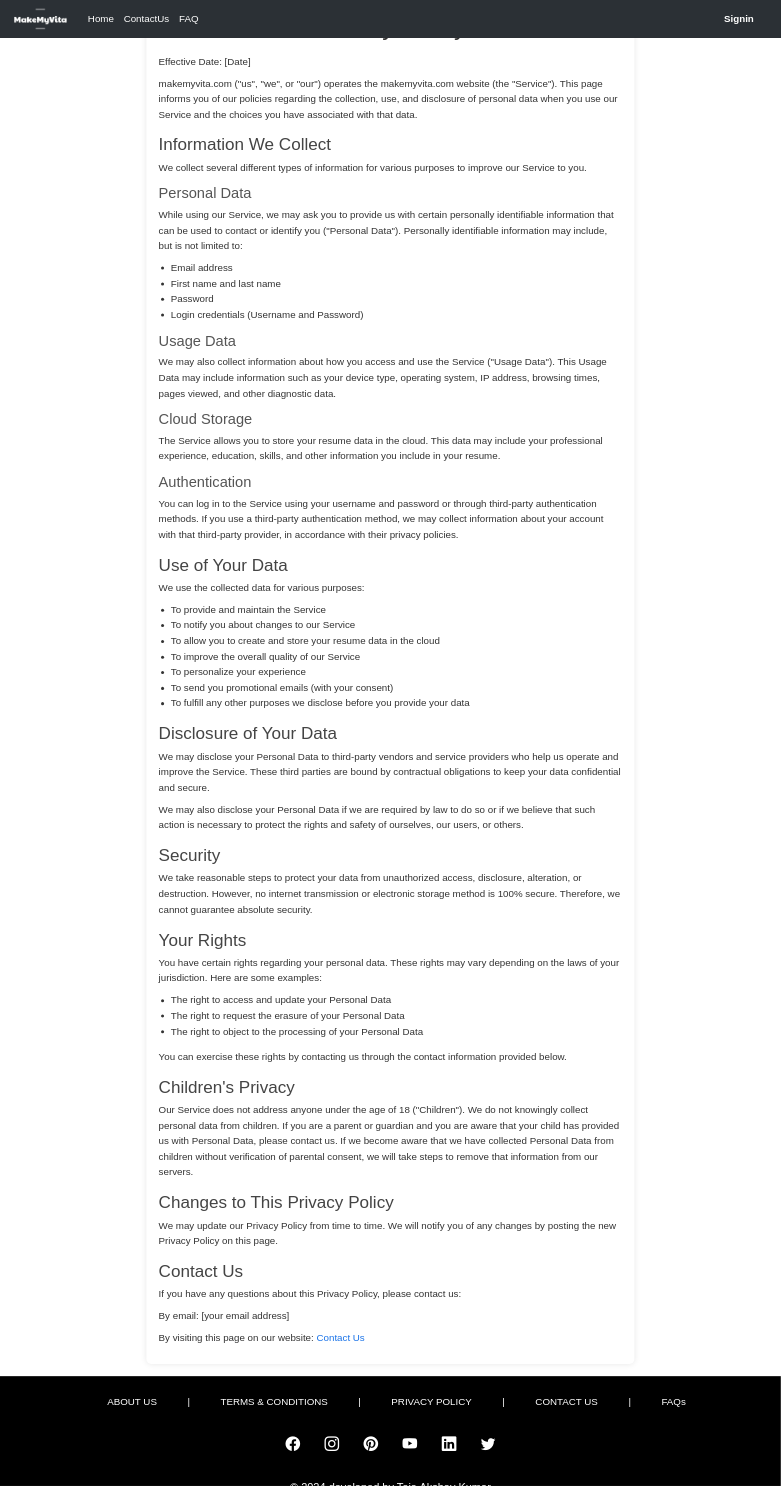
Repository: Tejaakshaykumar/MakeMyVita-Resume-Builder-Website
Page: /privacy (app in frontend/)
An editor plug-in stored every save of this project. The page is shown before and after the next save, followed by the edit.
The browser window is 1280 px wide. The pictures show the whole page, at 61% of full size.
Some web libraries are served in a nearby version. The project was rebuilt for these pictures with package versions that can differ from the ones it lists, and the page was loaded fresh each time. Also part of the build but not shown: frontend/src/App.css, frontend/src/containers/About.js, frontend/src/containers/Buildresume.js, frontend/src/containers/Images.js, frontend/src/containers/Features.js, frontend/src/containers/Review.js, frontend/src/containers/Trybox.js, frontend/src/containers/Motionbox.js and 5 more.

Above is the page before, as saved 2024-06-10 11:55:25.

### frontend/public/index.html
<!DOCTYPE html>
<html lang="en">
  <head>
    <meta charset="utf-8" />
    <link rel="icon" href="%PUBLIC_URL%/favicon.ico" />
    <meta name="viewport" content="width=device-width, initial-scale=1" />
    <meta name="theme-color" content="#000000" />
    <meta
      name="description"
      content="Web site created using create-react-app"
    />
    <link rel="apple-touch-icon" href="%PUBLIC_URL%/logo192.png" />
    <!--
      manifest.json provides metadata used when your web app is installed on a
      user's mobile device or desktop. See https://developers.google.com/web/fundamentals/web-app-manifest/
    -->
    <link rel="manifest" href="%PUBLIC_URL%/manifest.json" />
    <link rel="stylesheet" href="https://stackpath.bootstrapcdn.com/bootstrap/4.5.2/css/bootstrap.min.css">
  <link rel="stylesheet" href="https://stackpath.bootstrapcdn.com/font-awesome/4.7.0/css/font-awesome.min.css">
  <link href="https://cdn.jsdelivr.net/npm/bootstrap@5.3.3/dist/css/bootstrap.min.css" rel="stylesheet" integrity="sha384-QWTKZyjpPEjISv5WaRU9OFeRpok6YctnYmDr5pNlyT2bRjXh0JMhjY6hW+ALEwIH" crossorigin="anonymous">
  <link href="https://cdn.jsdelivr.net/npm/bootstrap-icons@1.7.2/font/bootstrap-icons.css" rel="stylesheet">
    <!--
      Notice the use of %PUBLIC_URL% in the tags above.
      It will be replaced with the URL of the `public` folder during the build.
      Only files inside the `public` folder can be referenced from the HTML.

      Unlike "/favicon.ico" or "favicon.ico", "%PUBLIC_URL%/favicon.ico" will
      work correctly both with client-side routing and a non-root public URL.
      Learn how to configure a non-root public URL by running `npm run build`.
    -->
    <title>React App</title>
  </head>
  <body>
    <noscript>You need to enable JavaScript to run this app.</noscript>
    <div id="root"></div>
    <!--
      This HTML file is a template.
      If you open it directly in the browser, you will see an empty page.

      You can add webfonts, meta tags, or analytics to this file.
      The build step will place the bundled scripts into the <body> tag.

      To begin the development, run `npm start` or `yarn start`.
      To create a production bundle, use `npm run build` or `yarn build`.
    -->
  </body>
  <script src="https://cdn.jsdelivr.net/npm/bootstrap@5.3.3/dist/js/bootstrap.bundle.min.js" integrity="sha384-YvpcrYf0tY3lHB60NNkmXc5s9fDVZLESaAA55NDzOxhy9GkcIdslK1eN7N6jIeHz" crossorigin="anonymous"></script>
</html>

### frontend/src/containers/Navbar.js
import React from 'react';
import { useNavigate } from 'react-router-dom';
import logo from '../images/HubSpot Brand Kit/Logo/PNG/main-logo-white-transparent.png';
export default function Navbar() {
  const navigate = useNavigate();
  const handleSigninClick = () => {
    navigate('/signin');
  };
  return (
    <div>

      <nav className="navbar fixed-top navbar-expand-lg bg-body-tertiary" data-bs-theme="dark" >
      <div className="container-fluid" >
        <a className="navbar-brand" href="/">
        <img src={logo} alt="Logo" style={{height:'5vh',width:'15vh',objectFit:'cover'}} />
        </a>
        <button
          className="navbar-toggler"
          type="button"
          data-bs-toggle="collapse"
          data-bs-target="#navbarSupportedContent"
          aria-controls="navbarSupportedContent"
          aria-expanded="false"
          aria-label="Toggle navigation"
        >
          <span className="navbar-toggler-icon" />
        </button>
        <div className="collapse navbar-collapse" id="navbarSupportedContent">
          <ul className="navbar-nav me-auto mb-2 mb-lg-0">
            <li className="nav-item">
              <a className="nav-link active" aria-current="page" href="/">
                Home
              </a>
            </li>
            <li className="nav-item">
              <a className="nav-link active" aria-current="page" href="#">
                ContactUs
              </a>
            </li>
            <li className="nav-item">
              <a className="nav-link active" aria-current="page" href="/FAQ">
                FAQ
              </a>
            </li>
          </ul>
          <form className="d-flex">
            <button className=" btn btn-outline-success custom-btn" type="submit" onClick={handleSigninClick}>
            &nbsp;&nbsp;&nbsp;&nbsp;&nbsp;Signin&nbsp;&nbsp;&nbsp;&nbsp;&nbsp;
            </button>
          </form>
        </div>
      </div>
    </nav>

    </div>
  );
}

### frontend/src/containers/Foot.js
import React from 'react';
import './cont.css'; // Import the CSS file

export default function Foot() {
  return (
    <footer>
      <div className="footer-container ">
        <ul className="footer-nav">
        <li className="nav-item">
            <a className="nav-link" href="/aboutus">
              ABOUT US
            </a>
          </li>
          <>|</>
          <li className="nav-item">
            <a className="nav-link" href="/T&C">
              TERMS & CONDITIONS
            </a>
          </li>
          <>|</>
        <li className="nav-item">
            <a className="nav-link" href="/privacy">
              PRIVACY POLICY
            </a>
          </li>
          <>|</>
          <li className="nav-item">
            <a className="nav-link" href="#">
              CONTACT US
            </a>
          </li>
          <>|</>
          <li className="nav-item">
            <a className="nav-link" href="/FAQ">
              FAQs
            </a>
          </li>
        </ul>
        <div class="social-icons">
        <a href="https://www.facebook.com" target="_blank" aria-label="Facebook">
          <i class="bi bi-facebook"></i>
        </a>
        <a href="https://www.instagram.com" target="_blank" aria-label="Instagram">
          <i class="bi bi-instagram"></i>
        </a>
        <a href="https://www.pinterest.com" target="_blank" aria-label="Pinterest">
          <i class="bi bi-pinterest"></i>
        </a>
        <a href="https://www.youtube.com" target="_blank" aria-label="YouTube">
          <i class="bi bi-youtube"></i>
        </a>
        <a href="https://www.linkedin.com" target="_blank" aria-label="LinkedIn">
          <i class="bi bi-linkedin"></i>
        </a>
        <a href="https://www.twitter.com" target="_blank" aria-label="Twitter">
          <i class="bi bi-twitter"></i>
        </a>
      </div>
      <div className="footer-copy">
          &copy; 2024 developed by Teja Akshay Kumar
      </div>
      </div>
    </footer>
  );
}

### frontend/src/containers/cont.css
/* navbar */
.custom-btn {
  color: white;
}
.custom-btn:hover {
  color: black;
  background-color: white;
}

.footer-container {
  height: 25vh;
  width: 100%;
  background-color: rgb(0, 0, 0);
  color: white;
  display: flex;
  flex-direction: column;
  align-items: center;
  /* padding-bottom: 3%; */
  /* justify-content: center; */
}

.footer-nav {
  display: flex;
  list-style: none;
  padding-top: 30px;
  margin: 0;
}

.footer-nav .nav-item {
  margin: 0 50px;
}

.footer-nav .nav-item .nav-link {
  color: white;
  text-decoration: none;
  /* text-transform: uppercase; */
  /* text-decoration: underline; */
}

.footer-nav .nav-item .nav-link:hover {
  text-decoration: underline;
}

.footer-copy {
  /* padding-top: 5%; */
  text-align: center;
  font-size: large;
  font-weight: 500;
  /* padding-bottom: 3%; */
}

.social-icons {
  display: flex;
  justify-content: center;
  gap: 40px;
  padding: 40px;
  /* background-color: #f0f0f0; */
}

.social-icons a {
  color: #ffffff;
  font-size: 24px;
  text-decoration: none;
}

.social-icons a:hover {
  color: #007bff;
}

/* Features */

.feature-component {
  height: 90vh;
  width: 100%;
  display: flex;
  justify-content: flex-start;
  flex-wrap: wrap;
  margin-top: 10%;
  padding-left: 8%;
  padding-right: 8%;
}
.feature {
  flex: 1 1 30%;
  box-sizing: border-box;
  padding: 20px;
  margin: 10px;
  text-align: center;
  background-color: #fff;
  border-radius: 8px;
  /* box-shadow: 0 4px 8px rgba(0, 0, 0, 0.1); */
}

.feature img {
  width: 60px;
  height:80px;
  margin-bottom: 10px;
}

.feature h3 {
  font-size: 1.5em;
  margin-bottom: 10px;
  font-weight: 500;
  font-family:'Franklin Gothic Medium', 'Arial Narrow', Arial, sans-serif;
}

.feature p {
  font-size: 1.3em;
  color: #666;
  font-weight: 400;
  font-family: 'Gill Sans', 'Gill Sans MT', Calibri, 'Trebuchet MS', sans-serif;
}

.feature:hover {
  background: linear-gradient(to right, #fd4908, #1e90ff);
  box-shadow: black;
  border-radius: 5%;
  color: rgb(255, 255, 255);
}

.feature:hover h3,
.feature:hover p {
  color: rgb(255, 255, 255);
}

/* About */
.resume-builder-container {
  display: flex;
  flex-direction: row;
  justify-content: space-between;
  align-items: center;
  padding: 10vh;
  /* background-color: #fff; */
  background: linear-gradient(to right, #84eefc, #ffffff, #ffffff);
  /* background:linear-gradient(to left, #00e1ff,#ffffff, #ffffff); */
  /* border: 1px solid #ddd; */
  /* border-radius: 8px; */
  /* box-shadow: 0 2px 4px rgba(0, 0, 0, 0.1); */
  height: 80vh;
}

.resume-builder-container1 {
  display: flex;
  flex-direction: row;
  justify-content: space-between;
  align-items: center;
  padding: 10vh;
  height: 80vh;
  background: linear-gradient(to top, #ffffff, #59CE8F,#E8F9FD, #ffffff);
}

/* .resume-builder-image {
    -webkit-mask-image: radial-gradient(circle, rgba(0, 0, 0, 1) 50%, rgba(0, 0, 0, 0) 90%);
    mask-image: radial-gradient(circle, rgba(0, 0, 0, 1) 50%, rgba(0, 0, 0, 0) 90%);
  }
   */
.resume-builder-content {
  max-width: 60%;
  padding: 10%;
}

.resume-builder-content1 {
  max-width: 70%;
  padding: 10%;
}

.resume-builder-content h1 {
  font-size: 4em;
  color: #333;
  margin-bottom: 10px;
  font-family: "Franklin Gothic Medium", "Arial Narrow", Arial, sans-serif;
  text-align: left;
}

.resume-builder-content p {
  font-size: 1.4em;
  font-weight: 400;
  color: #666;
  line-height: 1.5;
  margin-bottom: 20px;
  /* padding-left: 2%; */
  /* text-align: center; */
}

.resume-builder-content1 h1 {
  font-size: 4em;
  color: #333;
  margin-bottom: 10px;
  font-family: "Franklin Gothic Medium", "Arial Narrow", Arial, sans-serif;
  text-align: left;
}

.resume-builder-content1 p {
  font-size: 1.4em;
  font-weight: 400;
  color: #666;
  line-height: 1.5;
  margin-bottom: 20px;
  /* padding-left: 2%; */
  /* text-align: center; */
}

.aboutbutton {
  height: 6vh;
  width: 27%;
  margin-left: 20%;
  margin-top: 2%;
  text-align: center;
  font-weight: 500;
  border-radius: 7px;
  color: #ffffff;
  font-weight: 700;
  transition: background 0.3s ease;
  /* border-style:solid; */
  border-color: white;
  background: #3e14fc;
  box-shadow: 0 2px 6px rgba(24, 23, 23, 0.801);
  /* box-shadow: #3e14fc; */
}
.aboutbutton:hover {
  transition: background 0.3s ease;
  border-style: solid;
  background: linear-gradient(to right, #ffd000, #ff0000);
  box-shadow: #3e14fc;
}

.create-now-button {
  background-color: #00b0ff;
  color: #fff;
  border: none;
  padding: 10px 20px;
  font-size: 1em;
  border-radius: 5px;
  cursor: pointer;
}

.create-now-button:hover {
  background-color: #008cba;
}

.resume-builder-image {
  max-width: 40%;
}

.resume-builder-image img {
  max-width: 100%;
  height: auto;
  border-radius: 8px;
}

.text-gradient {
  background: linear-gradient(to right, #ff7f50, #1e90ff);
  -webkit-background-clip: text;
  -webkit-text-fill-color: transparent;
  background-clip: text;
  color: transparent;
}

.icon-container {
  width: 100%;
  height: 100px;
  overflow: hidden;
  white-space: nowrap;
  position: relative;
  background-color: #ffffff;
  padding-bottom: 25px;
}

.icons {
  display: inline-block;
  animation: moveIcons 40s linear infinite;
}

.icons img {
  font-size: 24px;
  margin: 0 15px; /* Add some margin between icons */
  color: #333;
  /* width: 100px; Adjust the size as needed */
  height: 50px;
}

@keyframes moveIcons {
  0% {
    transform: translateX(70%);
  }
  100% {
    transform: translateX(-100%);
  }
}

.try {
  height: 30vh;
  width: 100%;
  background-image: url("C:/Users/tejaa/Downloads/pexels-magda-ehlers-pexels-1279813.jpg");
  background-size: cover;
  align-items: center;
  display: flex;
  flex-direction: column;
  justify-content: center;
  margin-bottom: 7vh;
  margin-top: 5vh;
}

.try h2 {
  font-size: 280%;
  color: antiquewhite;
  text-shadow: 5px 5px 3px rgba(0, 0, 0, 0.3);
}
.try button {
  height: 4vh;
  width: 15%;
  font-weight: 700;
  border-radius: 5cm;
  color: blanchedalmond;
  border: #ffffff;
  background: linear-gradient(to right, #fd0808, #a51eff);
}

/* Review */
/* Styles for the main container */
/* Swiper specific styles */
/* #App {
  height: 100%;
}
html,
body {
  position: relative;
  height: 100%;
}

body {
  background: #eee;
  font-family: Helvetica Neue, Helvetica, Arial, sans-serif;
  font-size: 14px;
  color: #000;
  margin: 0;
  padding: 0;
} */
.swiper-container {
  /* position: relative; */
  height: 30vh;
  background: #ffffff;
  font-family: Helvetica Neue, Helvetica, Arial, sans-serif;
  font-size: 14px;
  color: #000;
  margin: 30px;
  padding: 10px;
  display: flex;
  flex-direction: row;
  justify-content: center;
}

.swiper {
  width: 100%;
  height: 100%;
}

.swiper-slide {
  text-align: center;
  font-size: 18px;
  background: #ffffff;
  display: flex;
  justify-content: center;
  align-items: center;
  padding-top: 20%;
  /* margin: 5%; */
}

.swiper-slide img {
  display: block;
  width: 100%;
  height: 100%;
  object-fit: cover;
}

.autoplay-progress {
  position: absolute;
  right: 16px;
  bottom: 16px;
  z-index: 10;
  width: 48px;
  height: 48px;
  display: flex;
  align-items: center;
  justify-content: center;
  font-weight: bold;
  color: var(--swiper-theme-color);
}

.autoplay-progress svg {
  --progress: 0;
  position: absolute;
  left: 0;
  top: 0px;
  z-index: 10;
  width: 100%;
  height: 100%;
  stroke-width: 4px;
  stroke: var(--swiper-theme-color);
  fill: none;
  stroke-dashoffset: calc(125.6px * (1 - var(--progress)));
  stroke-dasharray: 125.6;
  transform: rotate(-90deg);
}

### frontend/src/pages/pagestyles.css
/* TandC */

.tandc-container {
    max-width: 100%;
    padding: 6% 20%;
    font-family: Arial, sans-serif;
    background: linear-gradient(to top,rgb(0, 0, 0),navy,rgba(0, 0, 0, 0.911));
    color:#eee;
    margin-bottom: -2%;

  }

  .tandc-container h1 {
    text-align: center;
    margin-bottom: 20px;
    font-weight: 700;
    color: #eee;
    font-size: 5rem;
    text-shadow: 0px 0px 10px rgb(0, 0, 0);
  }

  .tandc-container h2 {
    margin-top: 30px;
    color: #eee;
    font-weight: 700;
    font-size: 1.7rem;
    text-shadow: 0px 0px 10px rgba(0, 0, 0, 0.884);
  }

  .tandc-container p {
    line-height: 1.6;
    font-weight: 600;
    font-size: 1.1rem;
  }

  .tandc-container ul {
    list-style-type: disc;
    padding-left: 20px;
    font-weight: 600;
    font-size: 1.1rem;
  }

  .tandc-container a {
    color: #1a73e8;
    text-decoration: none;
  }

  .tandc-container a:hover {
    text-decoration: underline;
  }


  /* Privacy */
  .privacy-container {
    max-width: 800px;
    margin: 0 auto;
    padding: 20px;
    font-family: 'Arial', sans-serif;
    color: #333;
    line-height: 1.6;
    background-color: #fff;
    border-radius: 8px;
    box-shadow: 0 0 10px rgba(0, 0, 0, 0.1);
  }

  h1 {
    text-align: center;
    color: #333;
    font-size: 2.5rem;
    margin-bottom: 20px;
  }

  h2 {
    color: #444;
    font-size: 1.75rem;
    margin-top: 20px;
  }

  h3 {
    color: #555;
    font-size: 1.5rem;
    margin-top: 15px;
  }

  p {
    margin-bottom: 10px;
  }

  ul {
    list-style-type: disc;
    padding-left: 20px;
  }

  a {
    color: #1a73e8;
    text-decoration: none;
  }

  a:hover {
    text-decoration: underline;
  }

  @media (max-width: 600px) {
    .privacy-container {
      padding: 10px;
    }

    h1 {
      font-size: 2rem;
    }

    h2 {
      font-size: 1.5rem;
    }

    h3 {
      font-size: 1.25rem;
    }
  }

  /* Aboutus */
  .about-container {
    font-family: 'Arial', sans-serif;
    color: #fff;
    max-width: 1200px;
    margin: 0 auto;
    padding: 20px;
    background-color: #000; /* For overall contrast, adjust as needed */
  }

  .about-top {
    position: relative;
    text-align: center;
    color: white;
  }

  .about-image {
    width: 100%;
    height: auto;
    border-radius: 10px;
    opacity: 0.8;
  }

  .about-content {
    position: absolute;
    top: 50%;
    left: 50%;
    transform: translate(-50%, -50%);
    background-color: rgba(0, 0, 0, 0.5); /* Semi-transparent background */
    padding: 20px;
    border-radius: 10px;
    max-width: 90%;
    text-align: left;
  }

  .about-content h1 {
    font-size: 3rem;
    margin-bottom: 10px;
  }

  .about-content p {
    font-size: 1.2rem;
  }

  .about-bottom {
    background-color: #222;
    padding: 40px;
    border-radius: 10px;
    margin-top: 20px;
  }

  .about-bottom h2 {
    font-size: 2rem;
    margin-bottom: 20px;
  }

  .about-bottom p,
  .about-bottom ul {
    font-size: 1.2rem;
    line-height: 1.6;
  }

  .about-bottom ul {
    list-style-type: disc;
    padding-left: 20px;
  }

  .about-bottom h3 {
    font-size: 1.5rem;
    margin-top: 20px;
  }

  @media (max-width: 768px) {
    .about-content h1 {
      font-size: 2rem;
    }

    .about-content p {
      font-size: 1rem;
    }

    .about-bottom h2 {
      font-size: 1.5rem;
    }

    .about-bottom p,
    .about-bottom ul {
      font-size: 1rem;
    }
  }

  /* FAQ */
  /* styles.css */

/* body, html {
  margin: 0;
  padding: 0;
  font-family: Arial, sans-serif;
  background-color: #f7f7f7;
}

.app {
  display: flex;
  justify-content: center;
  align-items: center;
  min-height: 100vh;
  padding: 20px;
} */

.faq-container {
  background-color: white;
  padding: 20px;
  border-radius: 8px;
  max-width: 800px;
  width: 100%;
  box-shadow: 0 4px 8px rgba(0, 0, 0, 0.1);
}

.faq-container h1 {
  text-align: center;
  margin-bottom: 20px;
}

.faq-container input {
  width: 100%;
  padding: 10px;
  margin-bottom: 20px;
  border: 1px solid #ccc;
  border-radius: 4px;
}

.faq-list {
  max-height: 500px;
  overflow-y: auto;
}

.faq-item {
  border-bottom: 1px solid #eee;
  padding: 10px 0;
}

.faq-question {
  cursor: pointer;
  font-weight: bold;
}

.faq-answer {
  margin-top: 10px;
}

.related-articles {
  margin-top: 10px;
}

.related-articles h4 {
  margin-bottom: 5px;
}

.related-articles ul {
  padding-left: 20px;
  margin: 0;
}

.related-articles li {
  list-style-type: disc;
}



  /* Dashboard */
  body {
    font-family: Arial, sans-serif;
  }

  .sidebar {
    position: fixed;
    top: 0;
    bottom: 0;
    left: 0;
    z-index: 100;
    padding: 48px 0 0;
    box-shadow: inset -1px 0 0 rgba(0, 0, 0, .1);
  }

  .sidebar .nav-link {
    font-weight: 500;
    color: #333;
  }

  .sidebar .nav-link.active {
    color: #007bff;
  }

  .sidebar .nav-link:hover {
    color: #007bff;
  }

  .sidebar .sidebar-title {
    padding: 16px;
    font-size: 1.5rem;
    text-align: center;
  }

  .sidebar-footer {
    position: absolute;
    bottom: 0;
    width: 100%;
    padding: 16px;
    text-align: center;
  }

  .sidebar-footer .nav-link {
    color: #007bff;
  }

  .sidebar-footer .nav-link:hover {
    color: #0056b3;
  }

  .badge-new {
    background-color: #28a745;
    color: white;
    padding: 4px 8px;
    border-radius: 12px;
  }

  .card {
    margin-bottom: 1.5rem;
  }

  .card-title {
    font-size: 1.5rem;
    font-weight: bold;
  }

  .alert {
    margin-bottom: 0;
    font-size: 0.875rem;
  }

  @media (max-width: 767.98px) {
    .sidebar {
      position: relative;
      width: 100%;
      height: auto;
    }

    .sidebar .nav-link {
      font-size: 0.875rem;
    }
  }


  /* Signin */


  .signin {
    /* background: linear-gradient(45deg, #a1c4fd, #c2e9fb); */
    font-family: 'Arial', sans-serif;
    /* background:linear-gradient(to top,#000000,#5A72A0,#83B4FF,#FDFFE2); */
    background:linear-gradient(to top,#000000,#243763);
    /* background:linear-gradient(to top,#000000,#E96479,#F5E9CF,#c4fffd); */

    height: 100vh;
    display: flex;
    justify-content: center;
    align-items: center;
    margin-bottom: -2%;
  }

  .signin-container {
    text-align: center;

  }

  .signin-box {
    background: #fff;
    padding: 40px;
    border-radius: 8px;
    box-shadow: 0px 0px 20px rgba(0, 0, 0, 0.301);
    width: 500px;
    max-width: 90%;
  }

  .signin-header h2 {
    font-size: 24px;
    font-weight: 700;
    margin-bottom: 10px;
  }

  .signin-header p {
    font-size: 14px;
    color: #777;
    margin-bottom: 20px;
  }

  .form-group {
    margin-bottom: 15px;
  }

  .form-group label {
    display: block;
    text-align: left;
    margin-bottom: 5px;
  }

  .form-control {
    width: 100%;
    padding: 10px;
    border: 1px solid #ccc;
    border-radius: 4px;
    box-sizing: border-box;
  }

  .input-group {
    display: flex;
    align-items: center;
  }

  .input-group-append {
    background: #fff;
    border: 1px solid #ccc;
    border-left: 0;
    padding: 10px;
    border-radius: 0 4px 4px 0;
    cursor: pointer;
  }

  .form-check {
    display: flex;
    align-items: center;
    justify-content: space-between;
    margin: 20px 0;
  }

  .form-check-input {
    margin-right: 10px;
  }

  .form-check-label {
    margin-right: auto;
  }

  .forgot-password {
    color: #000;
    text-decoration: none;
  }

  .btn {
    width: 100%;
    padding: 10px;
    border: none;
    border-radius: 4px;
    cursor: pointer;
    font-size: 16px;
    font-weight: bold;
  }

  .btn-primary {
    background: #000;
    color: #fff;
  }

  .or-use {
    margin: 20px 0;
  }

  .or-use span {
    background: #fff;
    padding: 0 10px;
    color: #777;
  }

  .social-login {
    display: flex;
    justify-content: center;
    margin: 20px 0;
  }

  .social-login button {
    margin: 0 10px;
    width: 50px;
    height: 50px;
    border-radius: 50%;
    border: 1px solid #ccc;
    display: inline-flex;
    justify-content: center;
    align-items: center;
    background: #fff;
    cursor: pointer;
  }

  footer {
    margin-top: 20px;
  }

  footer p {
    font-size: 14px;
    color: #777;
  }

Loaded but not shown: frontend/src/index.js (common file); frontend/src/index.css (common file); frontend/src/reportWebVitals.js (common file); frontend/src/pages/Privacy.js (121 lines, source omitted); frontend/src/App.js (99 lines, source omitted)

After the next save:
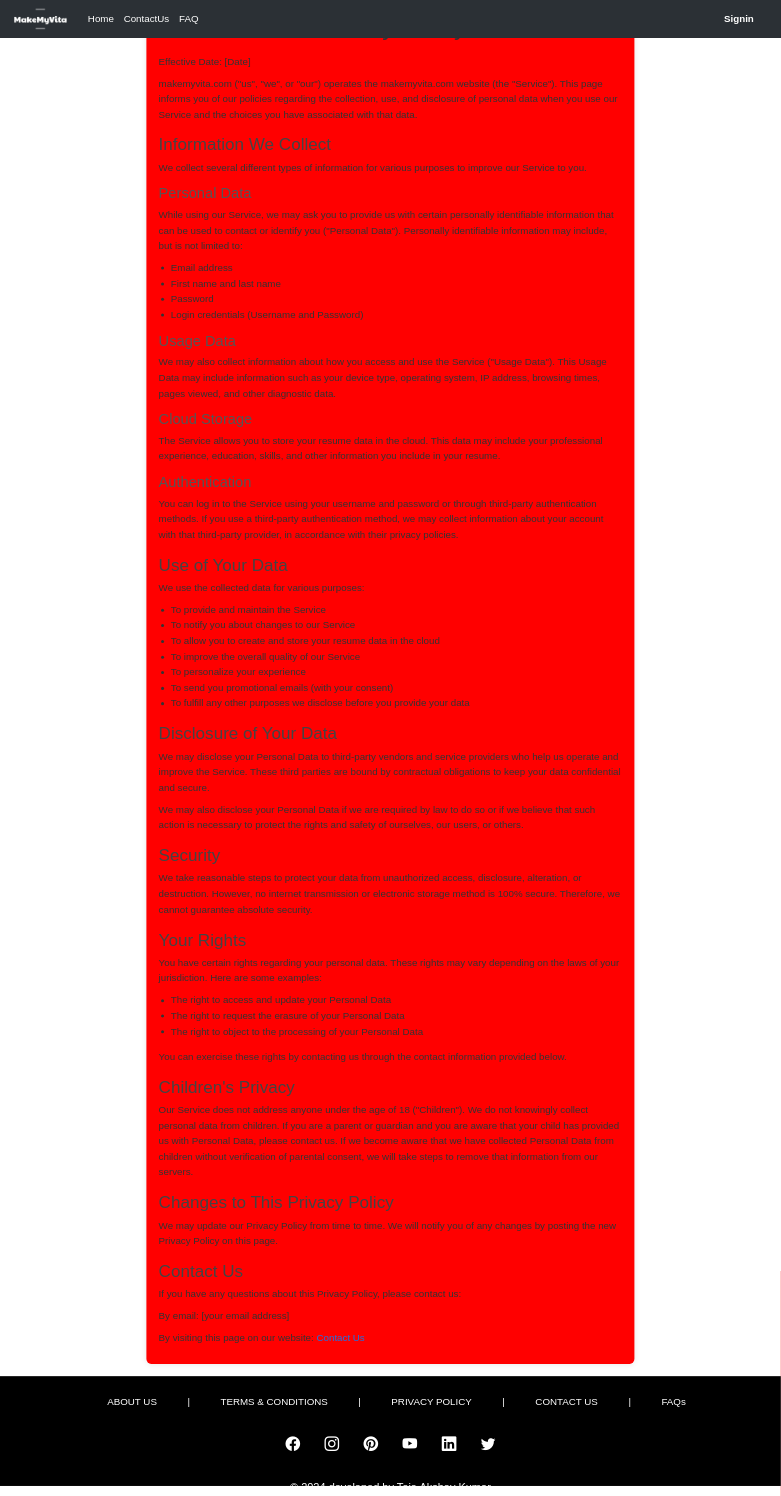
Saved 13 s later.
--- a/frontend/src/pages/pagestyles.css
+++ b/frontend/src/pages/pagestyles.css
@@ -58,7 +58,7 @@
     font-family: 'Arial', sans-serif;
     color: #333;
     line-height: 1.6;
-    background-color: #fff;
+    background-color: #ff0000;
     border-radius: 8px;
     box-shadow: 0 0 10px rgba(0, 0, 0, 0.1);
   }
